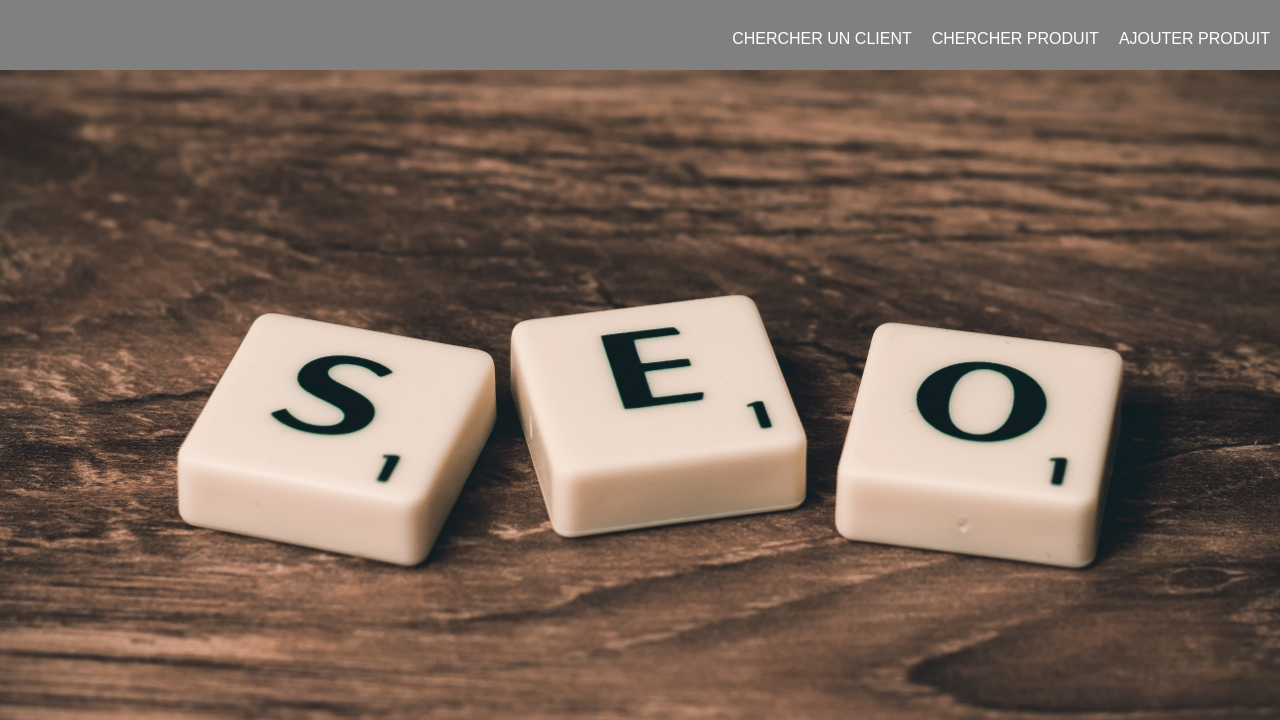
Repository: ahthionkevin/first-ecommerce-website
Page: http://localhost/showProduct.php
An editor plug-in stored every save of this project. The page is shown before and after the next save, followed by the edit.
The browser window is 1280 px wide. The pictures show the whole page.
The page is run by PHP 8.4 with error messages shown; the project is at /var/www/html/.

Above is the page before, as saved 2021-06-15 22:35:53.

After the next save:
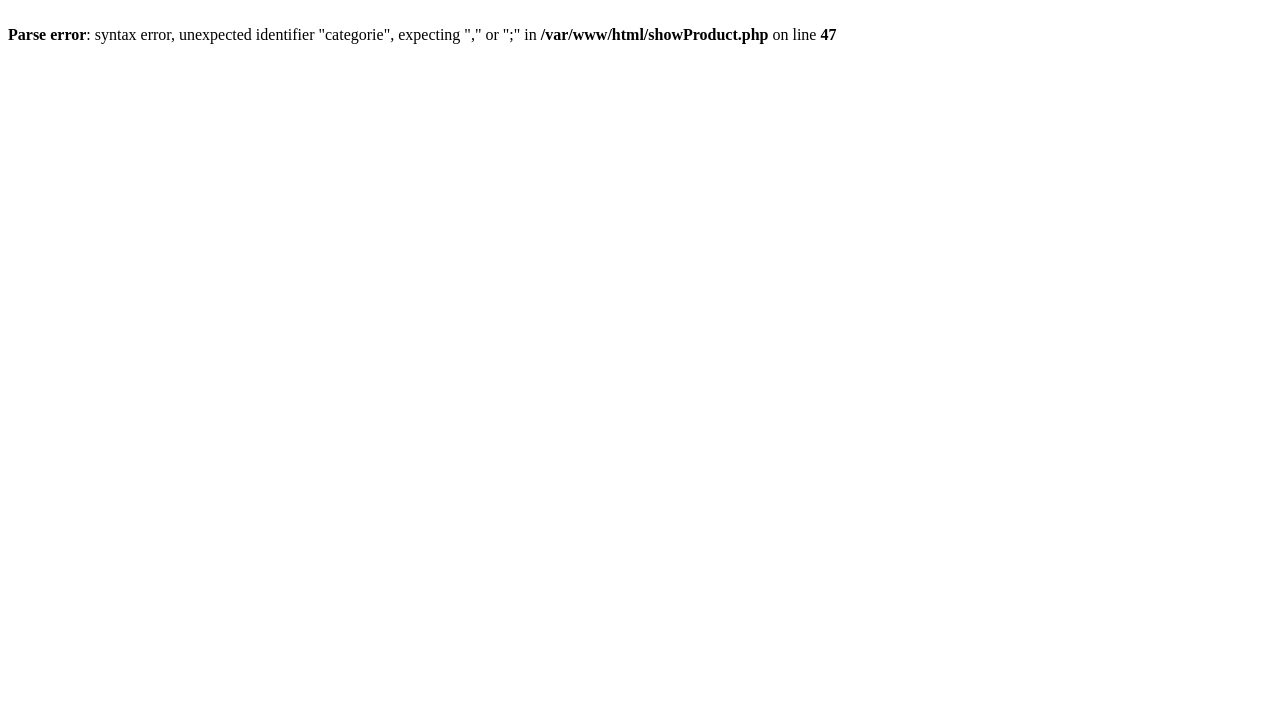
Saved 77 s later.
--- a/Cote_Serveur/showProduct.php
+++ b/Cote_Serveur/showProduct.php
@@ -44,7 +44,12 @@
 
             <tr>
                 <td><label for=\"mail\">MAIL </label></td>
-                <td><input type=\"email\" name=\"mail\" value=$coord[4] class=\"sign\"></td>
+                <td>        <select name="categorie" id="catgorie">
+                <option disabled selected value> -- select an option -- </option>
+                <option value=\"ordinateur\">ordinateur</option>
+                <option value=\"telephone\">telephone</option>
+                <option value=\"divers\">divers</option>
+            </select></td>
             </tr>
 
 

After the save that followed:
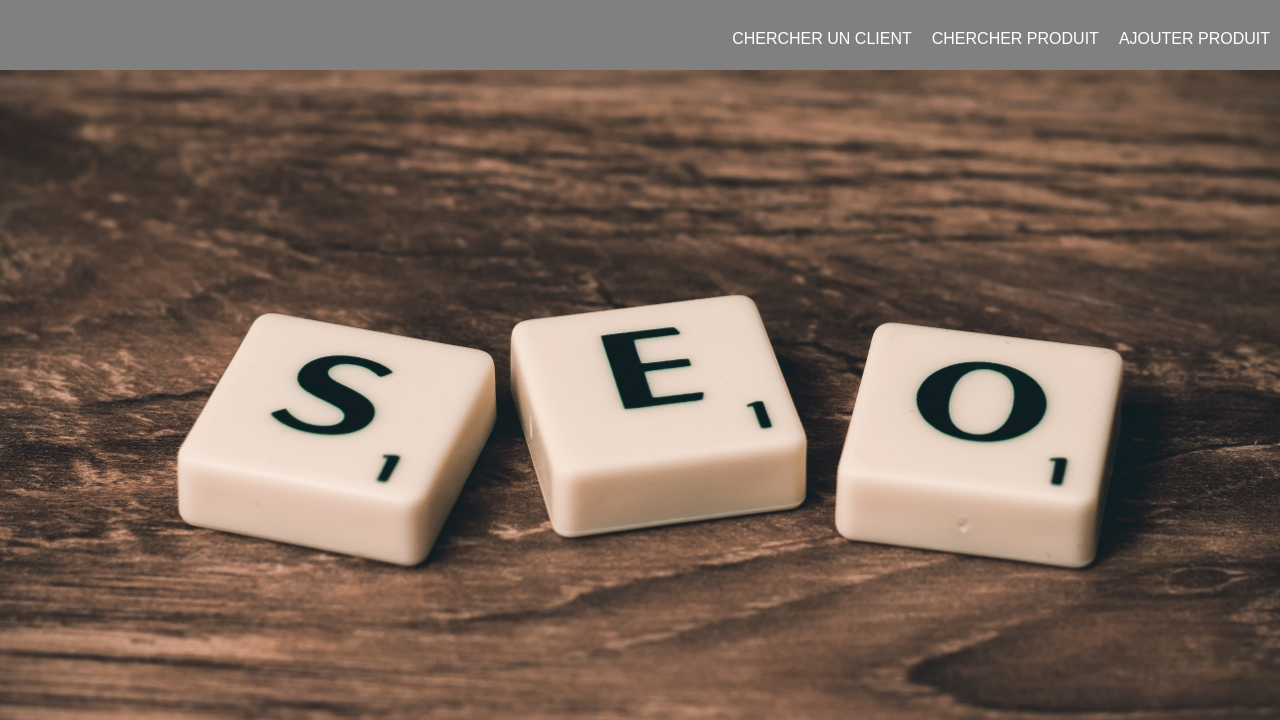
Saved 13 s later.
--- a/Cote_Serveur/showProduct.php
+++ b/Cote_Serveur/showProduct.php
@@ -44,7 +44,7 @@
 
             <tr>
                 <td><label for=\"mail\">MAIL </label></td>
-                <td>        <select name="categorie" id="catgorie">
+                <td>        <select name=\"categorie\" id=\"catgorie\">
                 <option disabled selected value> -- select an option -- </option>
                 <option value=\"ordinateur\">ordinateur</option>
                 <option value=\"telephone\">telephone</option>
